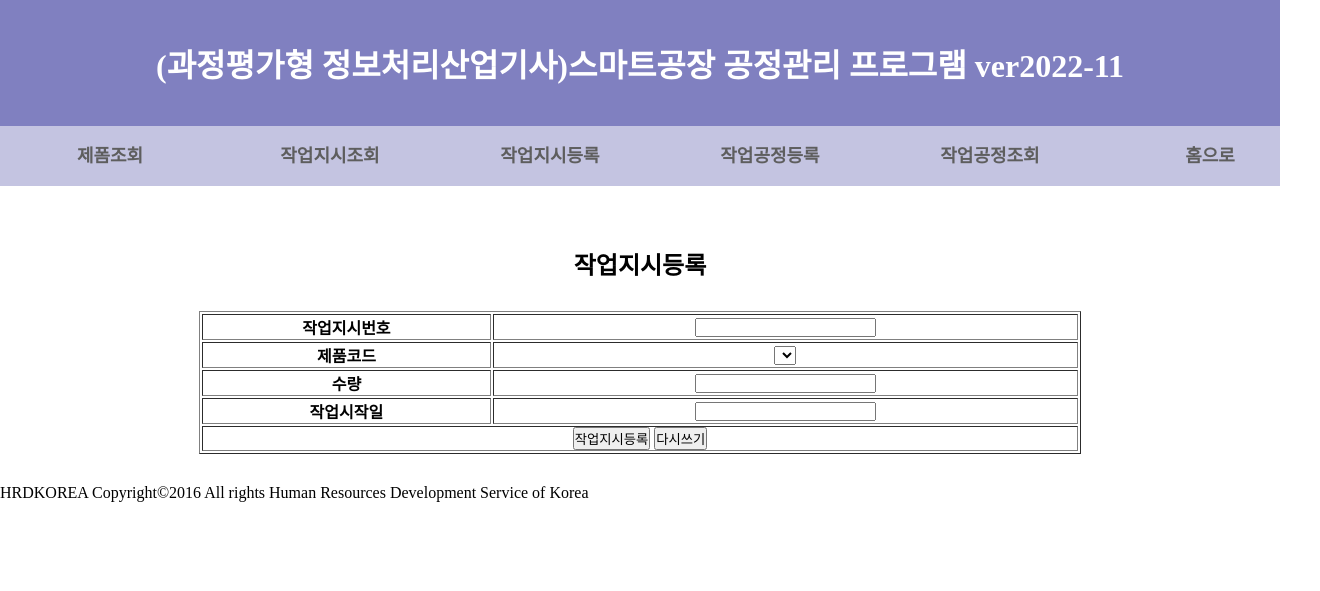
Repository: anakyn01/exam
Page: http://localhost/smart_5/sub2_1.jsp
These files come from the project's save history. The page is drawn as it stood at one moment and after the next save; the edit follows.
The browser window is 1280 px wide. The page is 1320 px wide, so the pictures cover 1320 px, including what lies to the right of the window. The pictures show the whole page.
The page is served by Tomcat 9.

Above is the page before, as saved 2025-01-06 07:32:03.

After the next save:
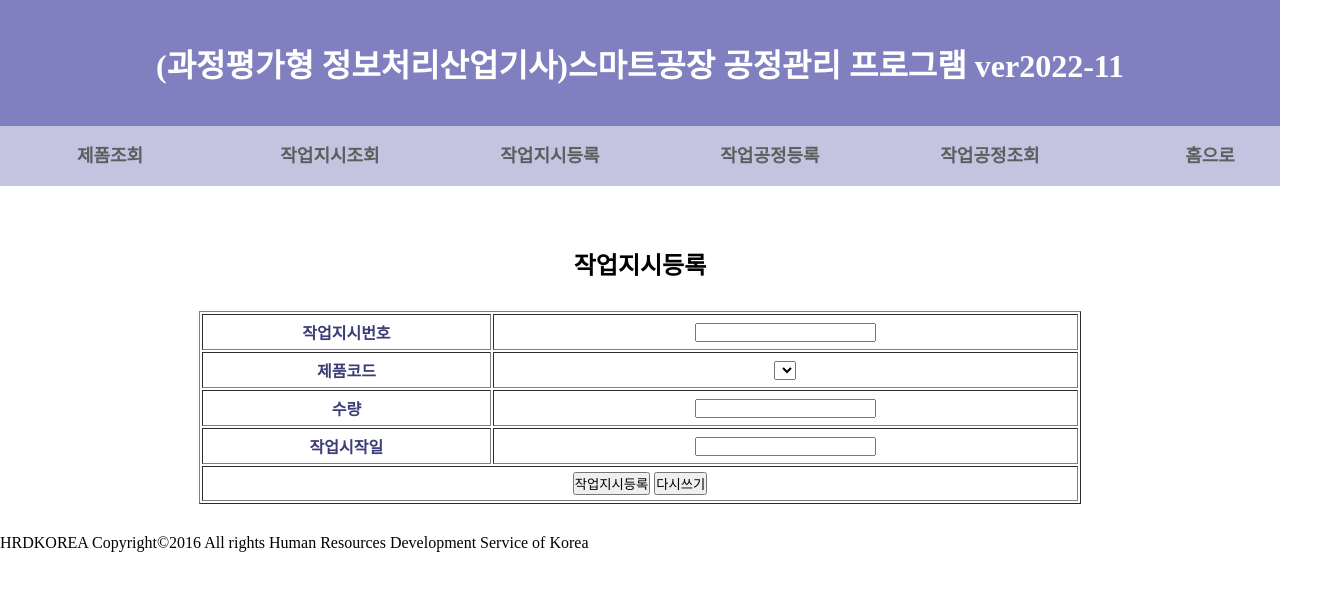
Saved 35 s later.
--- a/smart_5/src/main/webapp/css/style.css
+++ b/smart_5/src/main/webapp/css/style.css
@@ -12,3 +12,5 @@ section{padding:30px 10px;}
 section h2{text-align:center; margin:30px 0;}
 section p{margin:10px 0;}
 table{margin:0 auto; width:70%; text-align:center;}
+th{color:#3c3c77;}
+th,td{padding:5px 0;}
